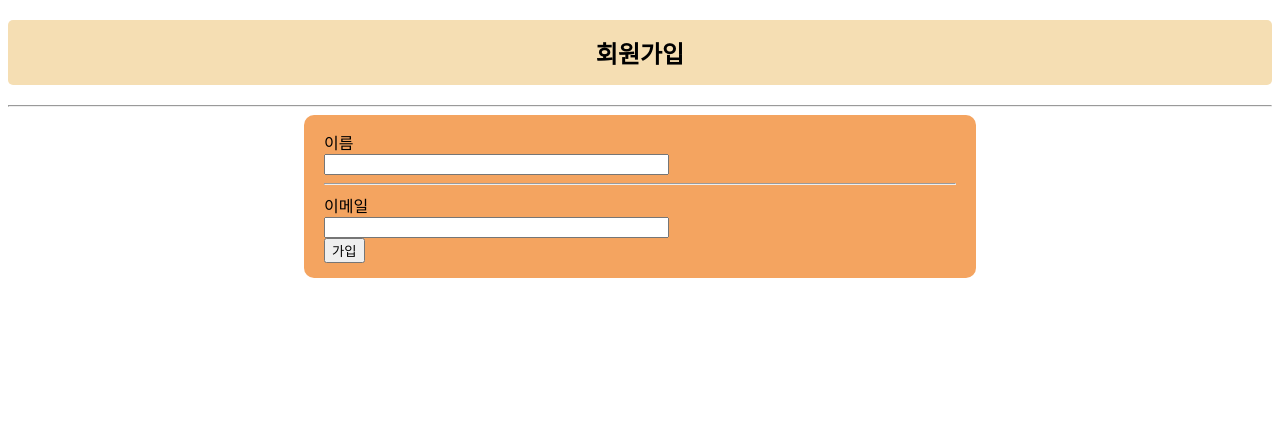
Repository: Hiron-Musk/JSP_ex
Page: jwbook/src/main/webapp/ch03/reform.html
An editor plug-in stored every save of this project. The page is shown before and after the next save, followed by the edit.
The browser window is 1280 px wide. The pictures show the whole page.

Above is the page before, as saved 2024-03-08 05:30:43.

### jwbook/src/main/webapp/ch03/reform.html
<!DOCTYPE html>
<html>
	<head>
		<meta charset="UTF-8">
		<title>회원가입 폼 만들기 예제</title>
		<style>
			h2{
				border-radius: 5px;
				background-color: wheat;
				text-align: center;
				padding:15px 0;
			}
			#reform{
				padding:15px 20px;
				border-radius: 10px;
				margin:auto;
				width:50%;
				background-color: SandyBrown;
			}

		</style>
	</head>
	<body>
		<h2>회원가입</h2>
		<hr>
		<div id="reform">
			<form name="form1">
				<label>이름</label><br>
				<input type="text" name="name" size="40"><br>
				<hr>
				<label>이메일</label><br>
				<input type="email" name="email" size="40"><br>
				<button type="button" onclick="signUp()">가입</button>
			</form>
		</div>
	</body>
</html>

After the next save:
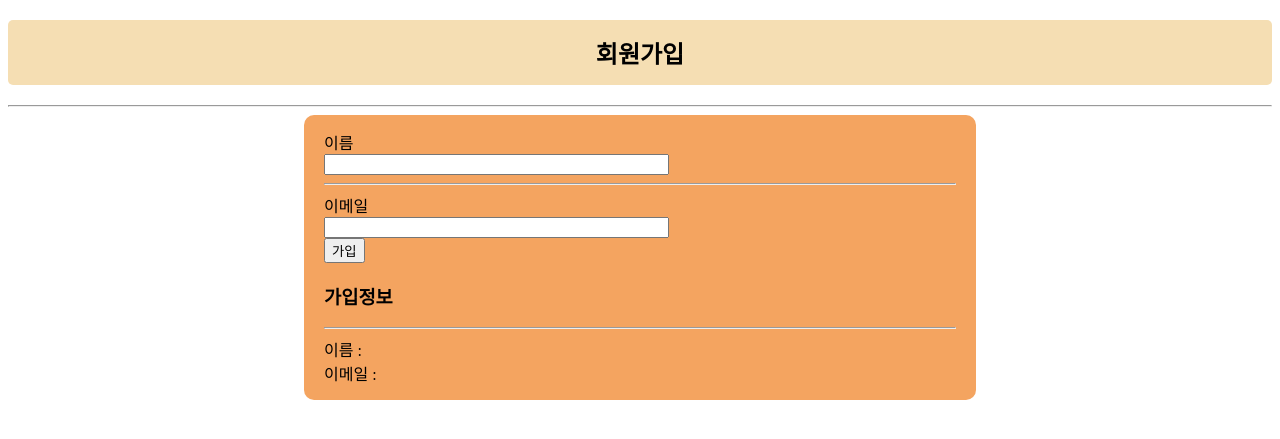
Saved 2 min 25 s later.
--- a/jwbook/src/main/webapp/ch03/reform.html
+++ b/jwbook/src/main/webapp/ch03/reform.html
@@ -31,6 +31,15 @@
 				<label>이메일</label><br>
 				<input type="email" name="email" size="40"><br>
 				<button type="button" onclick="signUp()">가입</button>
+
+				<div id="result" class="result">
+					<h3>가입정보</h3>
+					<hr>
+					이름 : <span id="rname"></span><br>
+					이메일 : <span id="remail"></span><br>
+
+
+				</div>
 			</form>
 		</div>
 	</body>

After the save that followed:
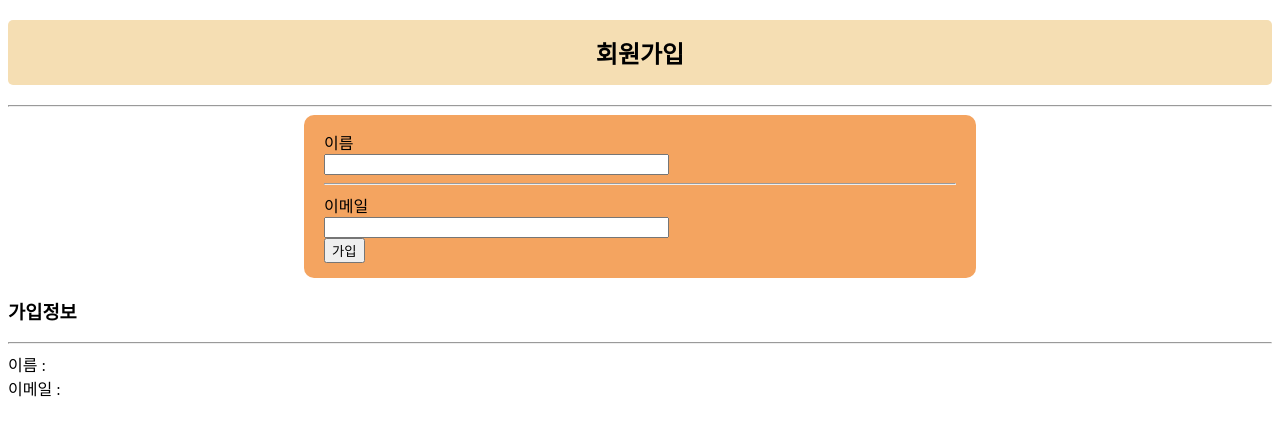
Saved 33 s later.
--- a/jwbook/src/main/webapp/ch03/reform.html
+++ b/jwbook/src/main/webapp/ch03/reform.html
@@ -32,7 +32,9 @@
 				<input type="email" name="email" size="40"><br>
 				<button type="button" onclick="signUp()">가입</button>
 
-				<div id="result" class="result">
+			</form>
+		</div>
+		<div id="result" class="result">
 					<h3>가입정보</h3>
 					<hr>
 					이름 : <span id="rname"></span><br>
@@ -40,7 +42,5 @@
 
 
 				</div>
-			</form>
-		</div>
 	</body>
 </html>
